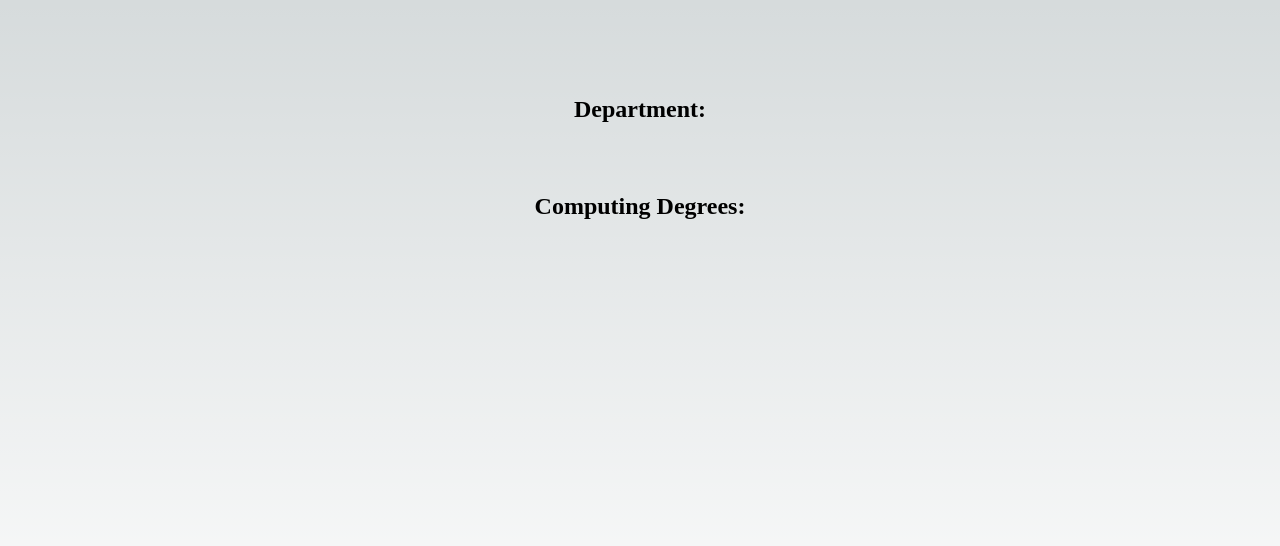
Repository: anikagrewal/week3example
Page: /about
The author's editor kept a copy of each file at every save. The page is drawn from the files as they stood at one save, then again after the next save.
The browser window is 1280 px wide. The pictures show the whole page.
The project was rebuilt for these pictures with package versions that can differ from the ones it lists, and the page was loaded fresh each time. The framework's server and built-in components were replaced by stand-ins that run in the browser. Also part of the build but not shown: next.config.js, components/Card/index.js.

Above is the page before, as saved 2023-01-18 13:56:29.

### pages/about.js
import Head from 'next/head'
import Image from 'next/image'
import { Inter } from '@next/font/google'
import styles from '@/styles/Home.module.css'
import data from '../data/workplace.json'
import { useState } from 'react'
import Card from '../components/Card'

const inter = Inter({ subsets: ['latin'] })

console.log(data);
export default function About() {

    const [details, setDetails] = useState([...data])

    return(
        <>
        <Head>
        <title>About Page</title>
        <meta name="description" content="Generated by create next app" />
        <meta name="viewport" content="width=device-width, initial-scale=1" />
        <link rel="icon" href="/favicon.ico" />
      </Head>
<main className={styles.main}>
<div className={styles.grid}>
<div className={styles.gridlayout}>
<div>
<h2 className={styles.busdeg}>Department: </h2>
{details && details.map((det, workplace) => {
  if(det.department === "Photoshop") {
    return (
      <Card key={workplace} department={det.deparetment} colour="red" font="20px"/>
    )
  }


})}
</div>

<div>
<h2 className={styles.compdeg}>Computing Degrees:</h2>
  {details && details.map((info, index) => {
  if(info.department.toLowerCase() === "computing") {
    return (
      <Card key={workplace} degree={info.degree} colour="blue" font="15px"/>
    )
  }
})}

</div>
</div>
</div>
</main>
</>
    )
}

### styles/Home.module.css
.main {
  display: flex;
  flex-direction: column;
  justify-content: space-between;
  align-items: center;
  padding: 6rem;
  min-height: 100vh;
}

.description {
  display: inherit;
  justify-content: inherit;
  align-items: inherit;
  font-size: 0.85rem;
  max-width: var(--max-width);
  width: 100%;
  z-index: 2;
  font-family: var(--font-mono);
}

.description a {
  display: flex;
  justify-content: center;
  align-items: center;
  gap: 0.5rem;
}

.description p {
  position: relative;
  margin: 0;
  padding: 1rem;
  background-color: rgba(var(--callout-rgb), 0.5);
  border: 1px solid rgba(var(--callout-border-rgb), 0.3);
  border-radius: var(--border-radius);
}

.code {
  font-weight: 700;
  font-family: var(--font-mono);
}

.grid {
  display: grid;
  grid-template-columns: (4, minmax(25%, auto));
  width: var(--max-width);
  max-width: 100%;
  justify-content: center;
}

.gridlayout {
  display: flex;
  flex-direction: column;
 gap: 70px;
}

.card {
  padding: 1rem 1.2rem;
  border-radius: var(--border-radius);
  background: rgba(var(--card-rgb), 0);
  border: 1px solid rgba(var(--card-border-rgb), 0);
  transition: background 200ms, border 200ms;
}

.card span {
  display: inline-block;
  transition: transform 200ms;
}

.card h2 {
  font-weight: 600;
  margin-bottom: 0.7rem;
}

.card p {
  margin: 0;
  opacity: 0.6;
  font-size: 0.9rem;
  line-height: 1.5;
  max-width: 30ch;
}

.center {
  display: flex;
  justify-content: center;
  align-items: center;
  position: relative;
  padding: 4rem 0;
}

.center::before {
  background: var(--secondary-glow);
  border-radius: 50%;
  width: 480px;
  height: 360px;
  margin-left: -400px;
}

.center::after {
  background: var(--primary-glow);
  width: 240px;
  height: 180px;
  z-index: -1;
}

.center::before,
.center::after {
  content: '';
  left: 50%;
  position: absolute;
  filter: blur(45px);
  transform: translateZ(0);
}

.logo,
.thirteen {
  position: relative;
}

.thirteen {
  display: flex;
  justify-content: center;
  align-items: center;
  width: 75px;
  height: 75px;
  padding: 25px 10px;
  margin-left: 16px;
  transform: translateZ(0);
  border-radius: var(--border-radius);
  overflow: hidden;
  box-shadow: 0px 2px 8px -1px #0000001a;
}

.thirteen::before,
.thirteen::after {
  content: '';
  position: absolute;
  z-index: -1;
}

.busdeg {
  display: flex;
  justify-content: center;
}

.compdeg {
  display: flex;
  justify-content: center;
}

.button {
  width: 150px;
  height: 50px;
  border-radius: 5px;
  font-size: 20px;
}


/* Conic Gradient Animation */
.thirteen::before {
  animation: 6s rotate linear infinite;
  width: 200%;
  height: 200%;
  background: var(--tile-border);
}

/* Inner Square */
.thirteen::after {
  inset: 0;
  padding: 1px;
  border-radius: var(--border-radius);
  background: linear-gradient(
    to bottom right,
    rgba(var(--tile-start-rgb), 1),
    rgba(var(--tile-end-rgb), 1)
  );
  background-clip: content-box;
}

/* Enable hover only on non-touch devices */
@media (hover: hover) and (pointer: fine) {
  .card:hover {
    background: rgba(var(--card-rgb), 0.1);
    border: 1px solid rgba(var(--card-border-rgb), 0.15);
  }

  .card:hover span {
    transform: translateX(4px);
  }
}

@media (prefers-reduced-motion) {
  .thirteen::before {
    animation: none;
  }

  .card:hover span {
    transform: none;
  }
}

/* Mobile */
@media (max-width: 700px) {
  .content {
    padding: 4rem;
  }

  .grid {
    grid-template-columns: 1fr;
    margin-bottom: 120px;
    max-width: 320px;
    text-align: center;
  }

  .card {
    padding: 1rem 2.5rem;
  }

  .card h2 {
    margin-bottom: 0.5rem;
  }

  .center {
    padding: 8rem 0 6rem;
  }

  .center::before {
    transform: none;
    height: 300px;
  }

  .description {
    font-size: 0.8rem;
  }

  .description a {
    padding: 1rem;
  }

  .description p,
  .description div {
    display: flex;
    justify-content: center;
    position: fixed;
    width: 100%;
  }

  .description p {
    align-items: center;
    inset: 0 0 auto;
    padding: 2rem 1rem 1.4rem;
    border-radius: 0;
    border: none;
    border-bottom: 1px solid rgba(var(--callout-border-rgb), 0.25);
    background: linear-gradient(
      to bottom,
      rgba(var(--background-start-rgb), 1),
      rgba(var(--callout-rgb), 0.5)
    );
    background-clip: padding-box;
    backdrop-filter: blur(24px);
  }

  .description div {
    align-items: flex-end;
    pointer-events: none;
    inset: auto 0 0;
    padding: 2rem;
    height: 200px;
    background: linear-gradient(
      to bottom,
      transparent 0%,
      rgb(var(--background-end-rgb)) 40%
    );
    z-index: 1;
  }
}

/* Tablet and Smaller Desktop */
@media (min-width: 701px) and (max-width: 1120px) {
  .grid {
    grid-template-columns: repeat(2, 50%);
  }
}

@media (prefers-color-scheme: dark) {
  .vercelLogo {
    filter: invert(1);
  }

  .logo,
  .thirteen img {
    filter: invert(1) drop-shadow(0 0 0.3rem #ffffff70);
  }
}

@keyframes rotate {
  from {
    transform: rotate(360deg);
  }
  to {
    transform: rotate(0deg);
  }
}

### data/workplace.json
[
    {
    "employeeNumber": "E2345",
    "firstName": "Joe",
    "gpa": 3.2,
    "role": "HTML",
    "department": "Frontend Developer",
    "startDate": 2021
},
{
    "employeeNumber": "E6789",
    "firstName": "Alice",
    "gpa": 3.9,
    "role": "Next.js",
    "department": "Frontend Delveoper",
    "startDate": 2020
},
{
    "employeeNumber": "E1011",
    "firstName": "Jane",
    "gpa": 3.2,
    "role": "Javascript",
    "department": "Frontend Devleoper",
    "startDate": 2022
}
]

Loaded but not shown: pages/_app.js (common file); pages/_document.js (common file); styles/globals.css (common file)

After the next save:
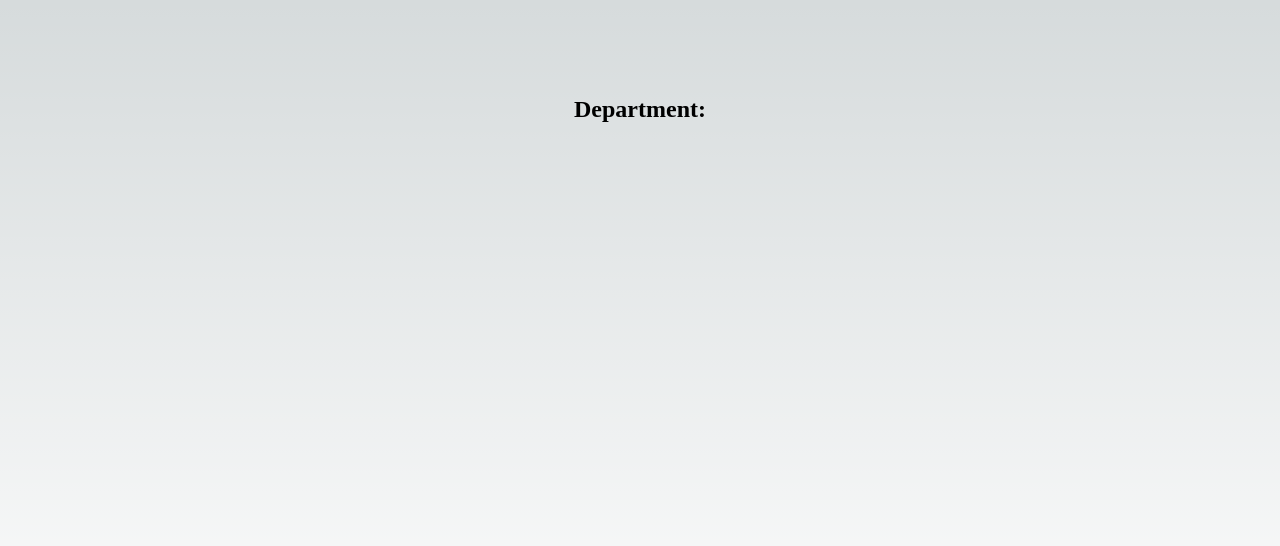
Saved 12 s later.
--- a/pages/about.js
+++ b/pages/about.js
@@ -37,17 +37,7 @@ export default function About() {
 })}
 </div>
 
-<div>
-<h2 className={styles.compdeg}>Computing Degrees:</h2>
-  {details && details.map((info, index) => {
-  if(info.department.toLowerCase() === "computing") {
-    return (
-      <Card key={workplace} degree={info.degree} colour="blue" font="15px"/>
-    )
-  }
-})}
 
-</div>
 </div>
 </div>
 </main>
